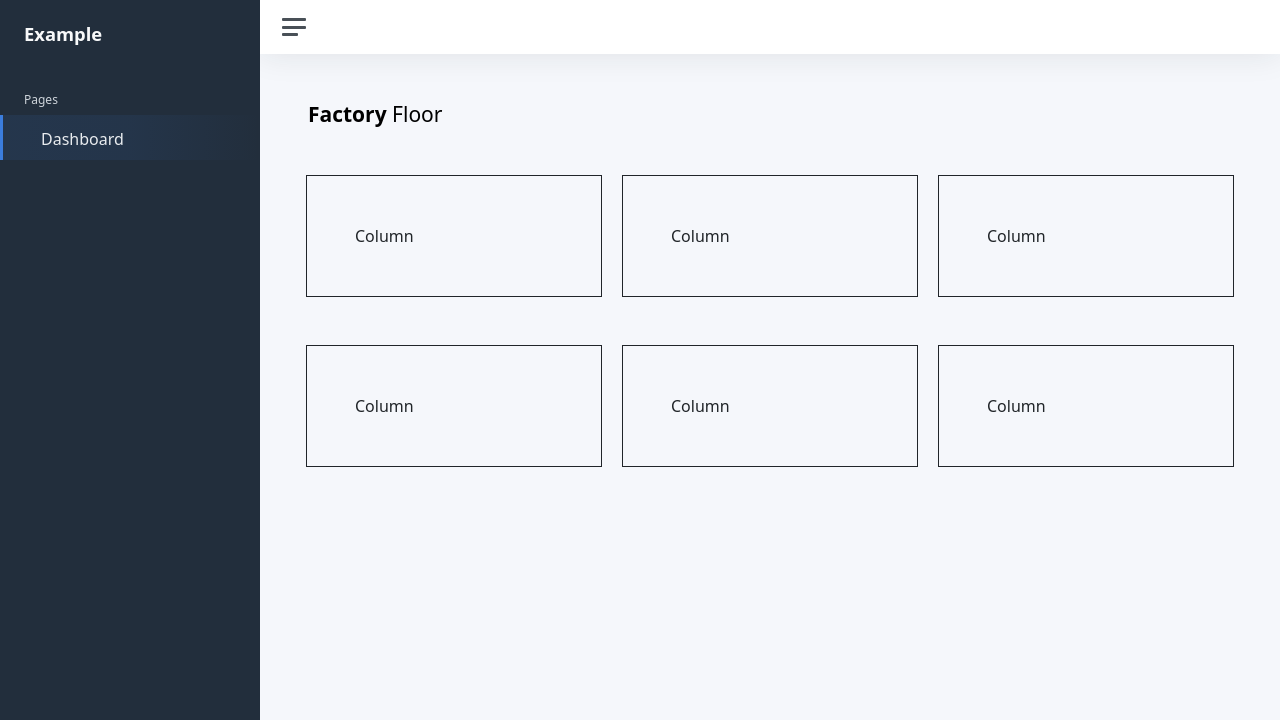
Repository: nick2price2003/rr-app
Page: /
These files come from the project's save history. The page is drawn as it stood at one moment and after the next save; the edit follows.
The browser window is 1280 px wide. The pictures show the whole page.
The project was rebuilt for these pictures with package versions that can differ from the ones it lists, and the page was loaded fresh each time. The framework's server and built-in components were replaced by stand-ins that run in the browser. Also part of the build but not shown: next.config.js.

Above is the page before, as saved 2022-10-11 14:12:27.

After the next save:
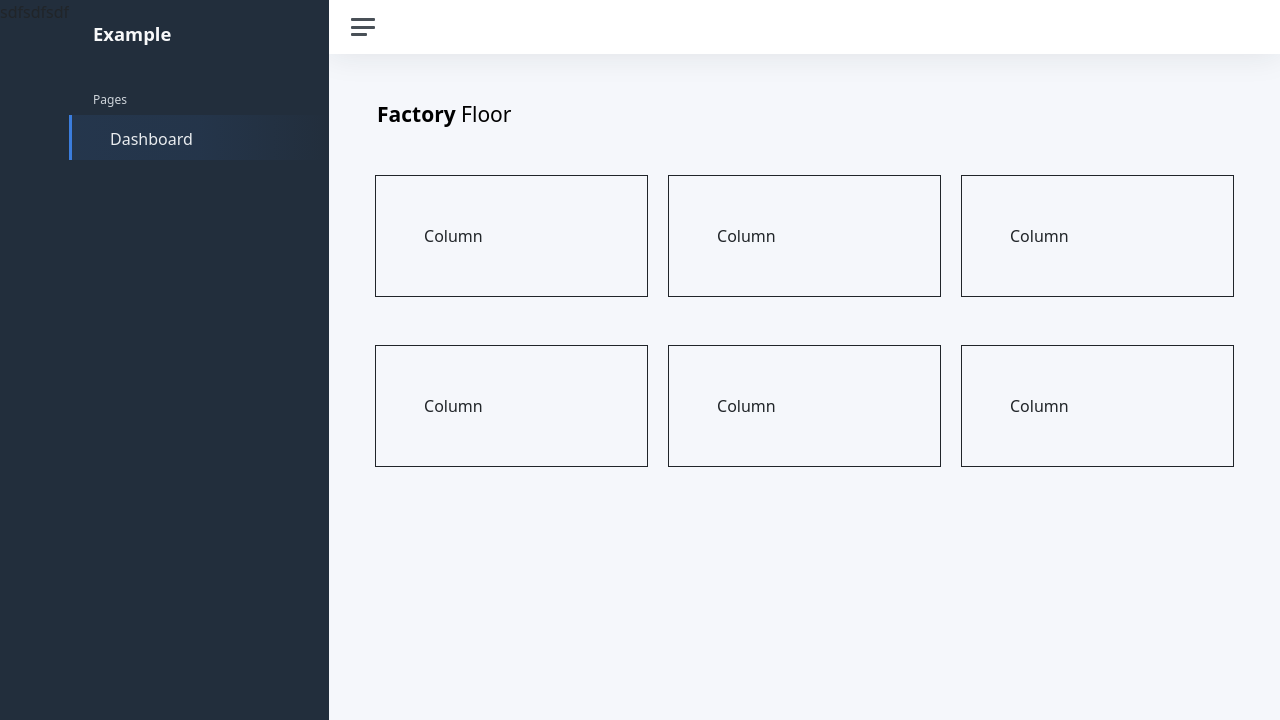
Saved 5 s later.
--- a/components/ContextMenu.js
+++ b/components/ContextMenu.js
@@ -1,8 +1,8 @@
 import React, { useEffect, useState } from "react";
 
 function ContextMenu() {
-    const [xPos, setXPos] = useState("0px");
-    const [yPos, setYPos] = useState("0px");
+  const [xPos, setXPos] = useState("0px");
+  const [yPos, setYPos] = useState("0px");
 
   const [showMenu, setShowMenu] = useState(false);
 
@@ -23,8 +23,22 @@ function ContextMenu() {
     setYPos(`${e.pageY}px`);
   }
 
-  return <>
-  </>;
+  if (showMenu)
+    return (
+      <ul
+        className='menu'
+        style={{
+          top: yPos,
+          left: xPos,
+        }}
+      >
+        <li>Login</li>
+        <li>Register</li>
+        <li>Open Profile</li>
+      </ul>
+    );
+
+  return <>sdfsdfsdf</>;
 }
 
 export default ContextMenu;
